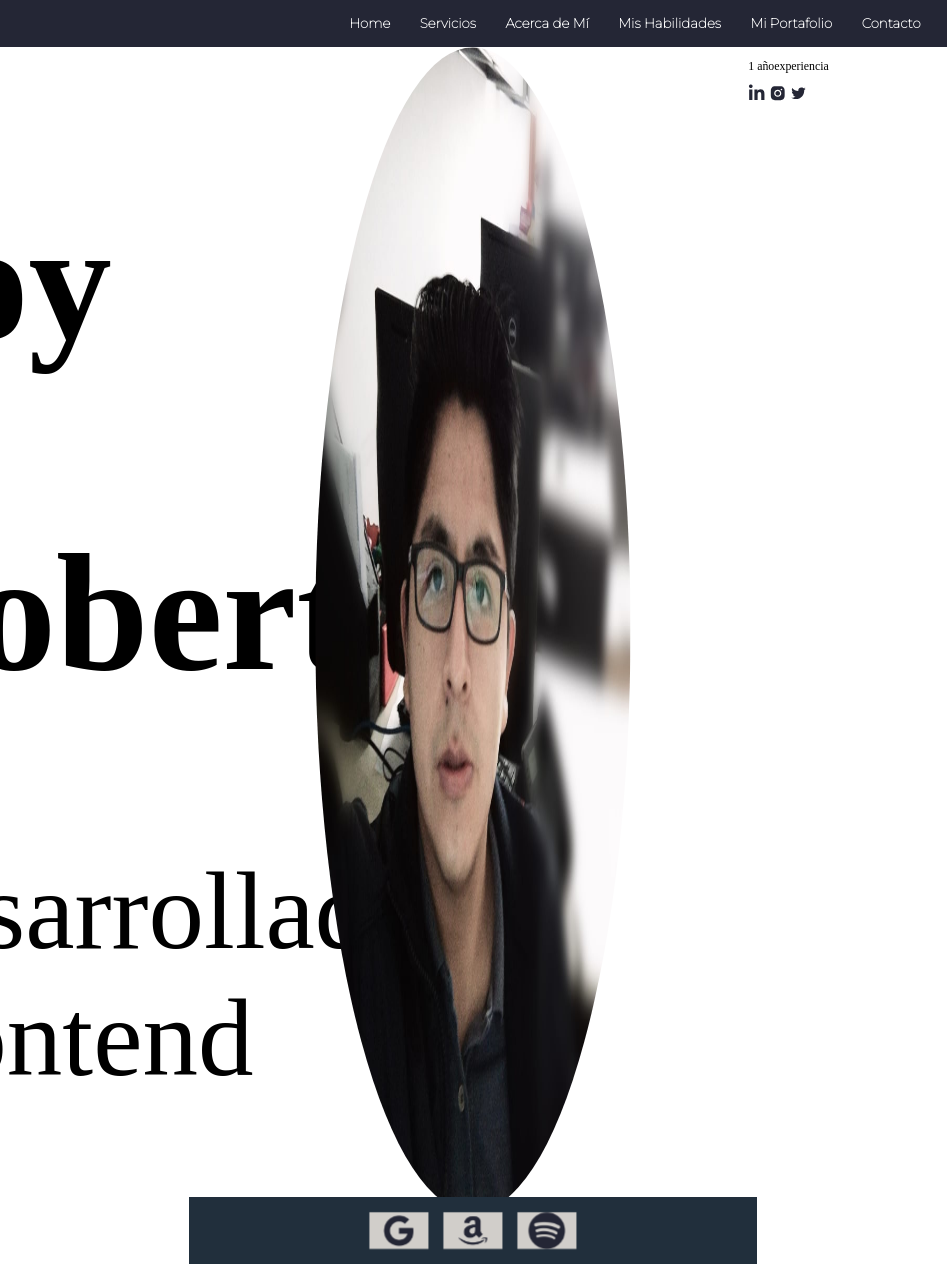
Repository: RobertAries28/PortafolioRobertEscalanteGomez2022
Page: index.html
An editor plug-in stored every save of this project. The page is shown before and after the next save, followed by the edit.
The browser window is 1280 px wide. The pictures show the whole page, at 74% of full size.

Above is the page before, as saved 2022-02-15 11:39:34.

### index.html
<!DOCTYPE html>
<html lang="en">
<head>
    <meta charset="UTF-8">
    <meta http-equiv="X-UA-Compatible" content="IE=edge">
    <meta name="viewport" content="width=device-width, initial-scale=1.0">
    <link rel="preconnect" href="https://fonts.googleapis.com">
<link rel="preconnect" href="https://fonts.gstatic.com" crossorigin>
<link href="https://fonts.googleapis.com/css2?family=Montserrat:wght@100&display=swap" rel="stylesheet">
    <link rel="stylesheet" href="estilos.css">
    <title>Document</title>
</head>
<body>
    <header class="main-header">
        <div class="l-container">

        <div class="main-menu-toggle" id="main-menu-toggle"></div>
             <nav class="main-nav" id="main-nav">
                 <ul class="main-menu">
                       <li class="main-menu__item">
                           <a class="main-menu__link" href="#">
                              Home
                           </a>
                       </li>

                       <li class="main-menu__item">
                         <a class="main-menu__link" href="#">
                           Servicios
                         </a>
                       </li>

                       <li class="main-menu__item">
                        <a class="main-menu__link" href="#">
                          Acerca de Mí
                        </a>
                       </li>


                     <li class="main-menu__item">
                         <a class="main-menu__link" href="#">
                           Mis Habilidades
                         </a>
                     </li>

                     <li class="main-menu__item">
                        <a class="main-menu__link" href="#">
                         Mi Portafolio
                        </a>
                    </li>

                    <li class="main-menu__item">
                        <a class="main-menu__link" href="#">
                         Contacto
                        </a>
                    </li>


                 </ul>
             </nav>


        </div>
     </header>
     <section>
        <div class="section-nombre">
              <h2>Soy</h2>
              <h1>Robert</h1>
              <p>Desarrollador Frontend</p>
        </div>

        <div class="section-imagen">
              <img src="imagenes/fotoPerfil.jpeg" alt="">
        </div>

        <div class="section-experiencia">
               <p><span>1 año</span>experiencia</p>
               <div>
                 <img src="imagenes/linkedin.svg" alt="">
                 <img src="imagenes/instagram.svg" alt="">
                 <img src="imagenes/twitter.svg" alt="">
               </div>
        </div>

        <div class="section-iconos">
          <div>
             <img src="imagenes/gmail.png" alt="">
             <img src="imagenes/amazon.png" alt="">
             <img src="imagenes/spotify.png" alt="">
            </div>
        </div>
    </section>
    <script src="javascript.js"></script>
</body>
</html>

### estilos.css
body{
    margin: 0;
}

.main-header{
    height: 4rem;
    background: #242635;
    position:sticky;

	top:0;

}
.l-container{
    max-width: 100%;
    padding-left: 1rem;
    padding-right: 1rem;
    display: flex;
    justify-content: space-between;
    align-items: center;

    height: 100%;
    color: white;

}
.main-menu{
    margin-top: 0;
    margin-bottom: 0;
    padding-left: 0;
    list-style: none;
    display: flex;
}

.main-menu li{
    padding: 0 20px;
}

a{
  text-decoration: none;
  color: white;
  font-family: 'Montserrat', sans-serif;
  font-size: 18px;
  font-weight: bold;
}


/*section*/

section{
    display: grid;
    grid-template-columns: repeat(3,33.3%);
    grid-template-rows: repeat(3,auto);
    justify-items: center;

}

.section-nombre{
    font-size: 150px;
}

.section-imagen img{
    width: 100%;
    height: 100%;
    border-radius: 50%;


}

.section-iconos{
   grid-column: 1 / span 3;
 justify-self: center;
   background: #212F3C;
  width:60%;
  position: relative;
 top: -20px;
}

.section-iconos div{
    display: flex;
  justify-content: center;
}

.section-iconos img{
  height: 50px;
  background: #D1CECA;
  padding: 0 15px;
  margin: 20px 10px;
}




@media screen and ( max-width: 768px){



.main-menu__item{
    padding: .5rem 0 .5rem 1rem
}

.main-menu__link{
    color: white;
    margin-left: 1rem;
}



.main-nav{
    position: fixed;
    height: calc(100vh - 4rem);
    width: 200px;
    background: black;
    top: 4rem;
    right: -200px;




}

.main-menu{
    flex-direction: column;
}

.main-menu li{
    padding: 10px 0;
}



.show{
right: 0px;
transition-duration: 1s;
transition-timing-function:ease-in-out

}

 :not(.show){
     transition-duration: 1s;
  transition-timing-function: ease-in
 }


.main-menu-toggle{
    width: 2.4rem;
    margin-left: calc(100% - 38.4px);
    height: 1.6rem;
    background: linear-gradient(black 20%, transparent 20%, transparent 40%, black 40%, black 60%, transparent 60%, transparent 80%, black 80%);
    cursor: pointer;

}
}

### javascript.js
 const showMenu = (toggleId, navId) =>{
               const toggle = document.getElementById(toggleId),
               nav = document.getElementById(navId)

               if(toggle && nav){
                   toggle.addEventListener('mouseover' , ()=>{
                       nav.classList.toggle('show')
                   })



               }

               if(toggle && nav){
                   toggle.addEventListener('mouseout' , ()=>{
                       nav.classList.toggle('show')
                   })



               }



           }
           showMenu('main-menu-toggle','main-nav')

After the next save:
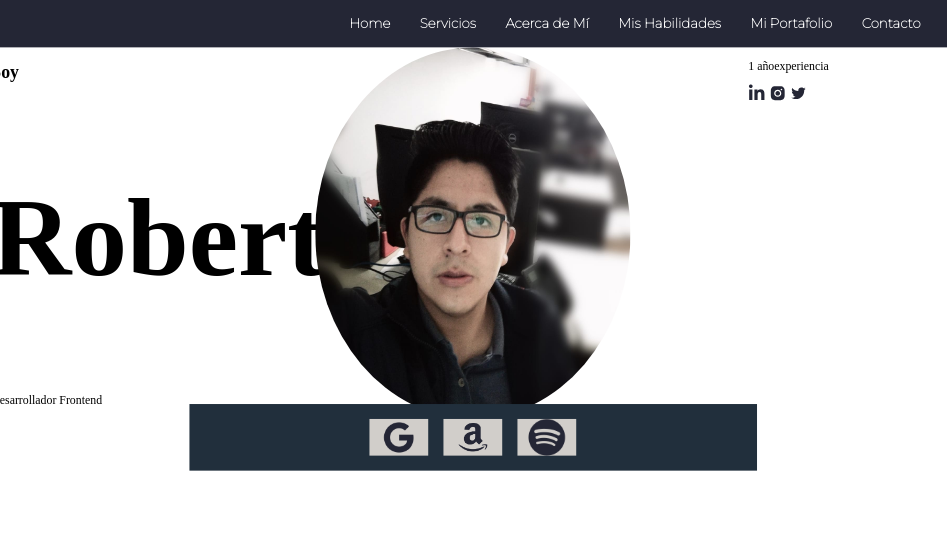
Saved 25 s later.
--- a/estilos.css
+++ b/estilos.css
@@ -53,7 +53,7 @@
 
 }
 
-.section-nombre{
+.section-nombre h1{
     font-size: 150px;
 }
 
